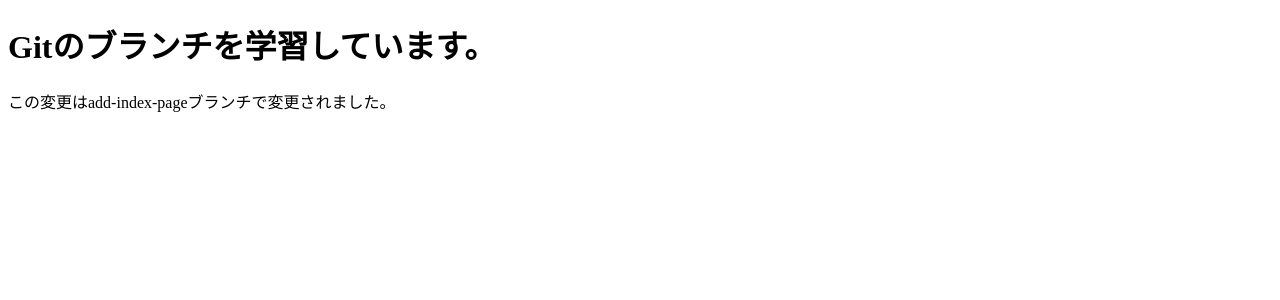
Repository: hiki-minori/git-study
Page: index.html
The author's editor kept a copy of each file at every save. The page is drawn from the files as they stood at one save, then again after the next save.
The browser window is 1280 px wide. The pictures show the whole page.

Above is the page before, as saved 2022-06-22 09:59:04.

### index.html
<!DOCTYPE html>
<html lang="ja">
<head>
  <meta charset="UTF-8">
  <meta http-equiv="X-UA-Compatible" content="IE=edge">
  <meta name="viewport" content="width=device-width, initial-scale=1.0">
  <title>Gitの勉強</title>
</head>
<body>
  <h1>Gitのブランチを学習しています。</h1>
  <p>この変更はadd-index-pageブランチで変更されました。</p>
</body>
</html>

After the next save:
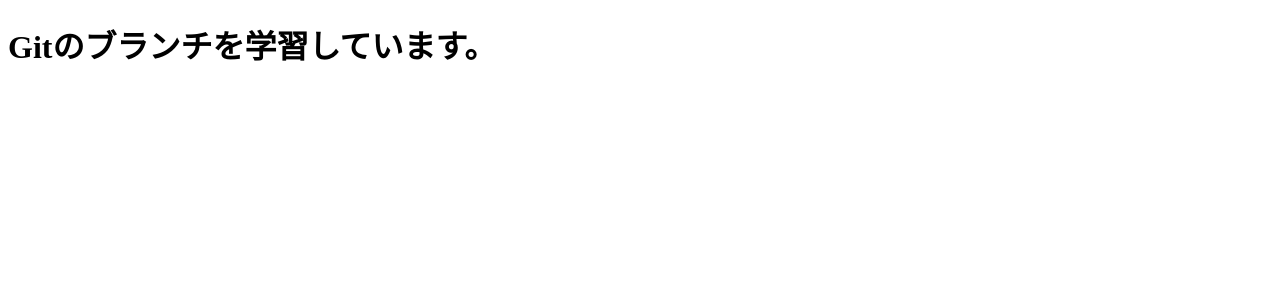
Saved 9 min 5 s later.
--- a/index.html
+++ b/index.html
@@ -8,6 +8,6 @@
 </head>
 <body>
   <h1>Gitのブランチを学習しています。</h1>
-  <p>この変更はadd-index-pageブランチで変更されました。</p>
+  <!-- <p>この変更はadd-index-pageブランチで変更されました。</p> -->
 </body>
 </html>

After the save that followed:
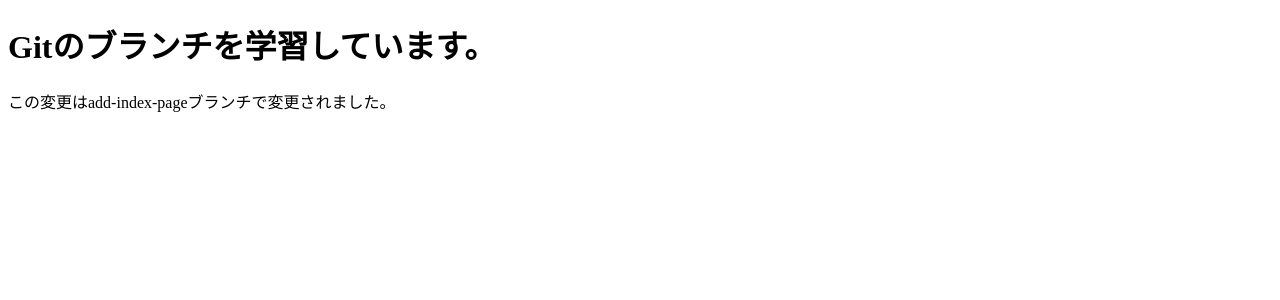
Saved 82 s later.
--- a/index.html
+++ b/index.html
@@ -8,6 +8,6 @@
 </head>
 <body>
   <h1>Gitのブランチを学習しています。</h1>
-  <!-- <p>この変更はadd-index-pageブランチで変更されました。</p> -->
+  <p>この変更はadd-index-pageブランチで変更されました。</p>
 </body>
 </html>
